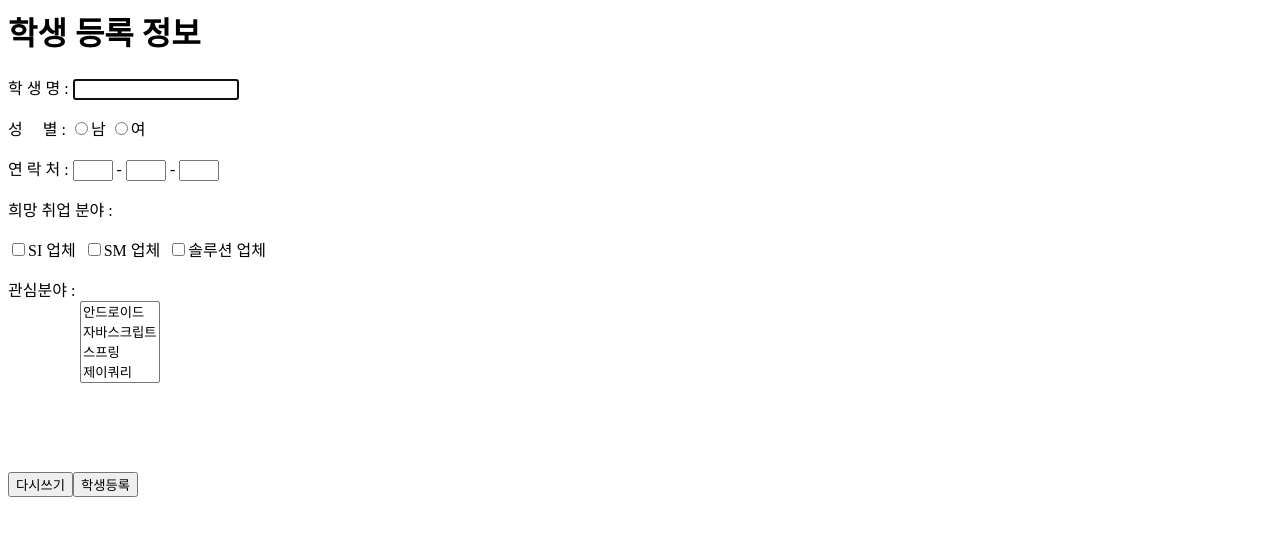
Repository: ddochiisrich/Ddochi-Web
Page: http://localhost/JSPStudyCh04Exam/jspFormData02.jsp
An editor plug-in stored every save of this project. The page is shown before and after the next save, followed by the edit.
The browser window is 1280 px wide. The pictures show the whole page.
The page is served by Tomcat 9. Other server files are loaded and not shown.

Above is the page before, as saved 2024-04-05 04:05:20.

### JSPStudyCh04Exam/src/main/webapp/jspFormData02.jsp
<%@ page language="java" contentType="text/html; charset=UTF-8"
	pageEncoding="UTF-8"%>

<style>
.phone1, .phone2, .phone3 {
	width: 40px
}

.name {
	width: 166px;
}
</style>

<!DOCTYPE html>
<html>
<head>
<meta charset="UTF-8">
<title>Insert title here</title>
</head>
<body>
	<form name="studentInfo" action="studentInform" method="post">
		<h1>학생 등록 정보</h1>
		<p>
			학&nbsp;생&nbsp;명 : <input type="text" name="name" class="name"
				autofocus>
		</p>
		<p>
			성&nbsp;&nbsp;&nbsp;&nbsp;&nbsp;별 : <input type="radio" name="gender"
				value="male">남 <input type="radio" name="gender"
				value="female">여
		</p>
		<p>
			연&nbsp;락&nbsp;처 : <input type="text" name="phone1" class="phone1">
			- <input type="text" name="phone2" class="phone2"> - <input
				type="text" name="phone3" class="phone3">
		</p>
		<p>희망 취업 분야 :</p>
		<p>
			<input type="checkbox" name="si">SI 업체&nbsp;
			<input type="checkbox" name="sm">SM 업체&nbsp;
			<input type="checkbox" name="solution">솔루션 업체
		</p>
		<p>
			관심분야 : <br>&nbsp;&nbsp;&nbsp;&nbsp;&nbsp;&nbsp;&nbsp;&nbsp;&nbsp;&nbsp;&nbsp;&nbsp;&nbsp;&nbsp;&nbsp;&nbsp;&nbsp; <select name="subject" multiple>
				<option value="Android" name="Android">안드로이드</option>
				<option value="JavaScript" name="JavaScript">자바스크립트</option>
				<option value="Spring" name="Spring">스프링</option>
				<option value="jQuery" name="jQuery">제이쿼리</option>
			</select>
		</p>
		<br>
		<br>
		<br>
		<br> <input type="reset" value="다시쓰기"><input
			type="submit" value="학생등록">
	</form>
</body>
</html>

After the next save:
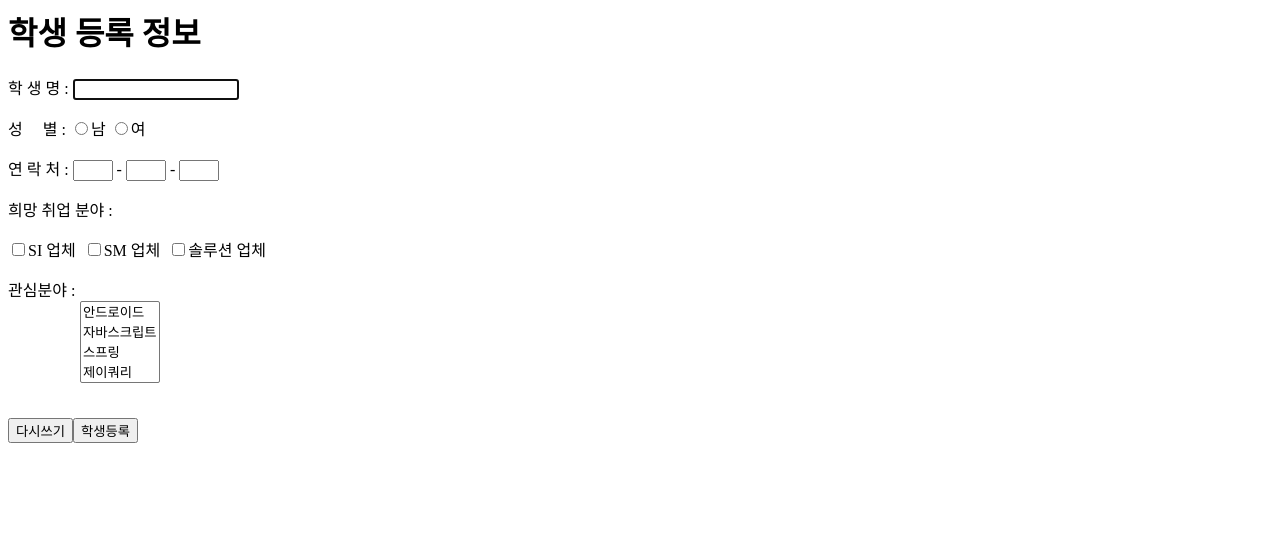
Saved 55 s later.
--- a/JSPStudyCh04Exam/src/main/webapp/jspFormData02.jsp
+++ b/JSPStudyCh04Exam/src/main/webapp/jspFormData02.jsp
@@ -49,9 +49,7 @@
 			</select>
 		</p>
 		<br>
-		<br>
-		<br>
-		<br> <input type="reset" value="다시쓰기"><input
+		 <input type="reset" value="다시쓰기"><input
 			type="submit" value="학생등록">
 	</form>
 </body>
